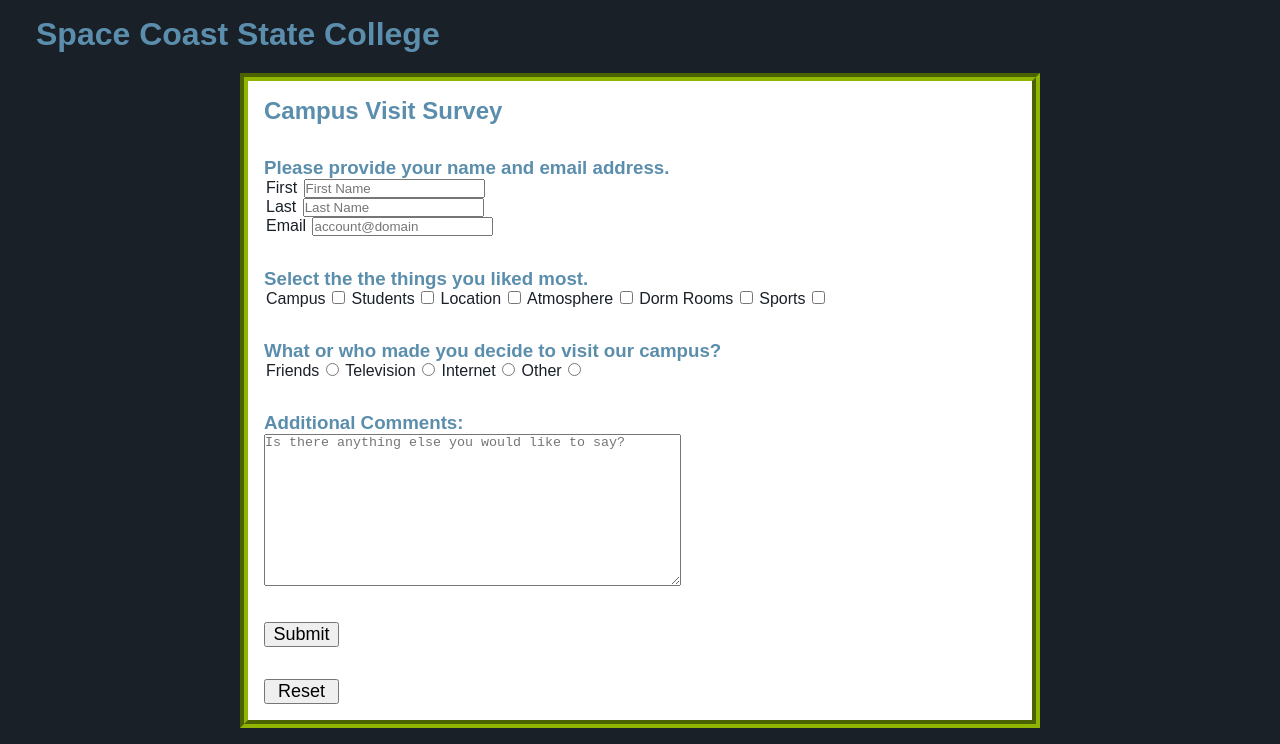
Repository: mlmEFSC21/P2-University-Form
Page: index.html
These files come from the project's save history. The page is drawn as it stood at one moment and after the next save; the edit follows.
The browser window is 1280 px wide. The pictures show the whole page.
Some web fonts or font styles are not loaded; a fallback is used.

Above is the page before, as saved 2022-01-29 19:51:34.

### index.html
<!DOCTYPE html>
<html lang="en">
    <head>
        <meta charset="UTF-8" />
        <meta http-equiv="X-UA-Compatible" content="IE=edge" />
        <meta name="viewport" content="width=device-width, initial-scale=1.0" />
        <title>University Form</title>
        <link rel="stylesheet" href="uniFormStyles.css" />
    </head>
    <body>
        <header>
            <h1>Space Coast State College</h1>
        </header>
        <main>
          <section class="flex">
            <h2>Campus Visit Survey</h2>
            <article class="info">
              <h3>Please provide your name and email address.</h3>
            <!-- REMEMBER TO CHANGE THIS TO A POST TO DEITEL!!!!!!!!!!-->
            <form action="results.html" method="GET">
                <div>
                    <label for="fname">First</label>
                    <input type="text" id="fname" name="fname" required placeholder="First Name" />
                </div>
                <div>
                    <label for="lname">Last</label>
                    <input type="text" id="lname" name="lname" required placeholder="Last Name" />
                </div>
                <div>
                    <label for="email">Email</label>
                    <input type="email" id="email" name="email" required placeholder="account@domain" />
                </div>
                </article>
                <article class="favFeatures">
                    <h3>Select the the things you liked most.</h3>
                    <label for="campus">Campus</label>
                    <input type="checkbox" id="campus" name="campus" />
                    <label for="students">Students</label>
                    <input type="checkbox" id="students" name="students" />
                    <label for="location">Location</label>
                    <input type="checkbox" id="location" name="location" />
                    <label for="atmosphere">Atmosphere</label>
                    <input type="checkbox" id="atmosphere" name="atmosphere" />
                    <label for="dorms">Dorm Rooms</label>
                    <input type="checkbox" id="dorms" name="dorms" />
                    <label for="sports">Sports</label>
                    <input type="checkbox" id="sports" name="sports" />
                </article>
                <article class="">
                    <h3>What or who made you decide to visit our campus?</h3>
                    <label for="friends">Friends</label>
                    <input type="radio" id="friends" name="referred" required />
                    <label for="television">Television</label>
                    <input type="radio" id="television" name="referred" />
                    <label for="internet">Internet</label>
                    <input type="radio" id="internet" name="referred" />
                    <label for="other">Other</label>
                    <input type="radio" id="other" name="referred" />
                </article>
                <article>
                    <h3>Additional Comments:</h3>
                    <textarea name="comments" placeholder="Is there anything else you would like to say?" rows="10" cols="50"></textarea>
                </article>
                <button type="submit" class="submit">Submit</button>
                <button type="reset" class="reset">Reset</button>
            </form>
            </section>
        </main>
    </body>
</html>

### uniFormStyles.css
@import url("https://fonts.googleapis.com/css2?family=Spectral:wght@400&display=swap");

:root {
    --clr-prime: #003c5e;
    --clr-second: #1a2028;
    --clr-accent: #8fb500;
    --clr-font-prime: #5b8ead;
    --clr-font-second: black;
}

*,
*::before,
*::after {
    margin: 0;
    padding: 0;
    box-sizing: border-box;
}
body {
    margin: 0 1.25em;
    padding: 1em;
    background-color: var(--clr-second);
    font-family: "Spectral", sans-serif;
    color: var(--clr-font-prime);
}
header {
    color: var(--clr-font-prime);
    margin-bottom: 1.25em;
}
.flex {
    display: flex;
    flex-direction: column;
    max-width: 800px;
    border: 8px groove var(--clr-accent);
    background-color: white;
    gap: 2rem;
    margin: auto;
    padding: 1rem;
}
input {
    accent-color: var(--clr-accent);
}
label {
    color: var(--clr-second);
    padding: 2px;
}
button {
    width: 75px;
    font-size: large;
    cursor: pointer;
}

After the next save:
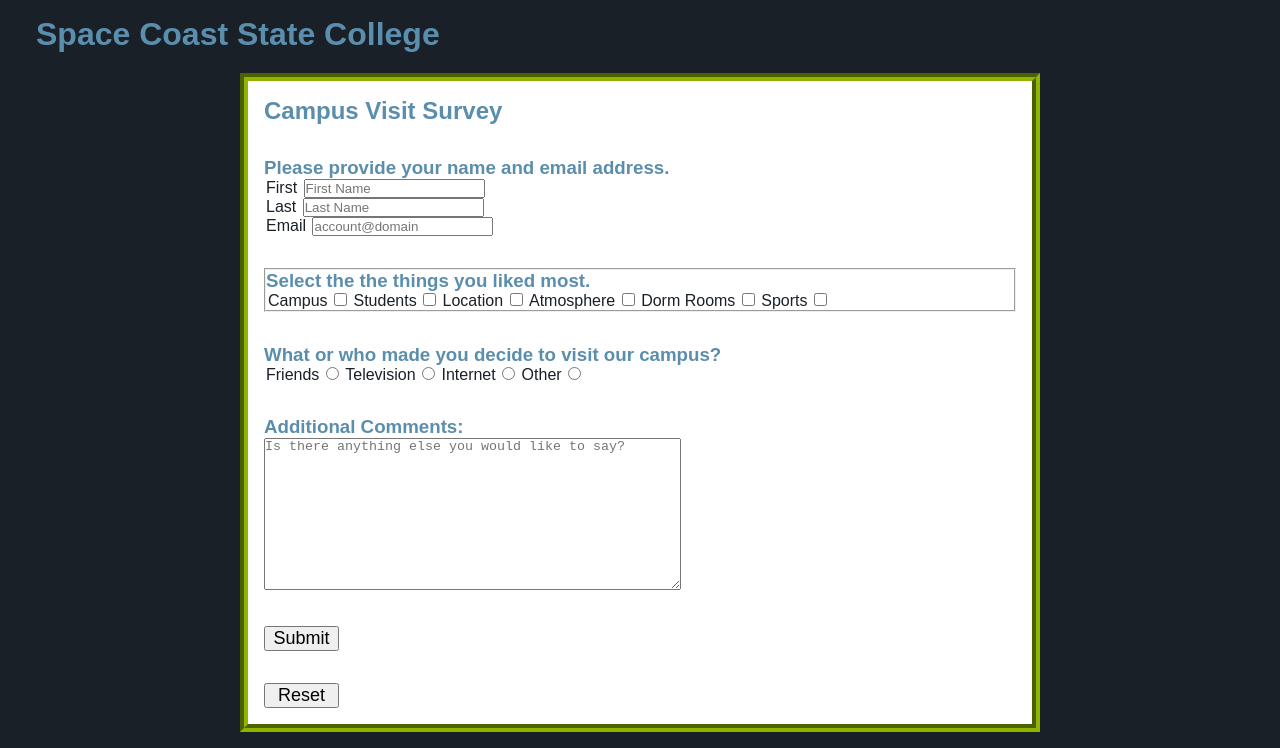
Saved 32 s later.
--- a/index.html
+++ b/index.html
@@ -31,7 +31,7 @@
                     <input type="email" id="email" name="email" required placeholder="account@domain" />
                 </div>
                 </article>
-                <article class="favFeatures">
+                <fieldset class="favFeatures">
                     <h3>Select the the things you liked most.</h3>
                     <label for="campus">Campus</label>
                     <input type="checkbox" id="campus" name="campus" />
@@ -45,7 +45,7 @@
                     <input type="checkbox" id="dorms" name="dorms" />
                     <label for="sports">Sports</label>
                     <input type="checkbox" id="sports" name="sports" />
-                </article>
+                </fieldset>
                 <article class="">
                     <h3>What or who made you decide to visit our campus?</h3>
                     <label for="friends">Friends</label>
